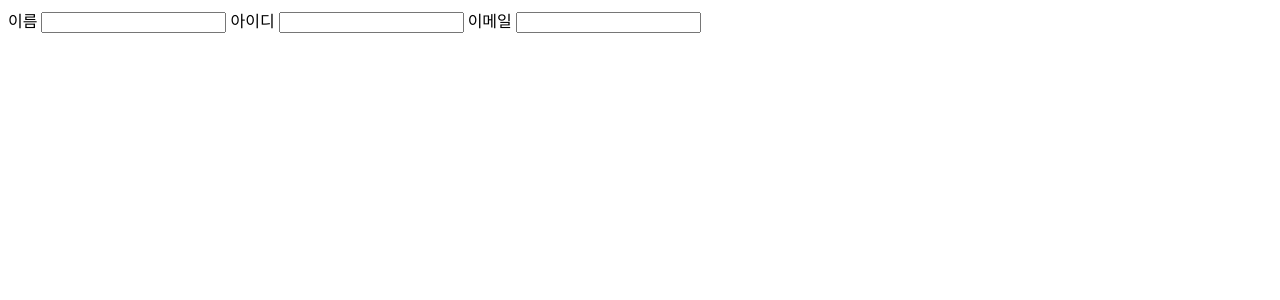
Repository: Minh137/java_works
Page: web07/src/main/webapp/form.html
These files come from the project's save history. The page is drawn as it stood at one moment and after the next save; the edit follows.
The browser window is 1280 px wide. The pictures show the whole page.

Above is the page before, as saved 2024-08-27 04:07:01.

After the next save:
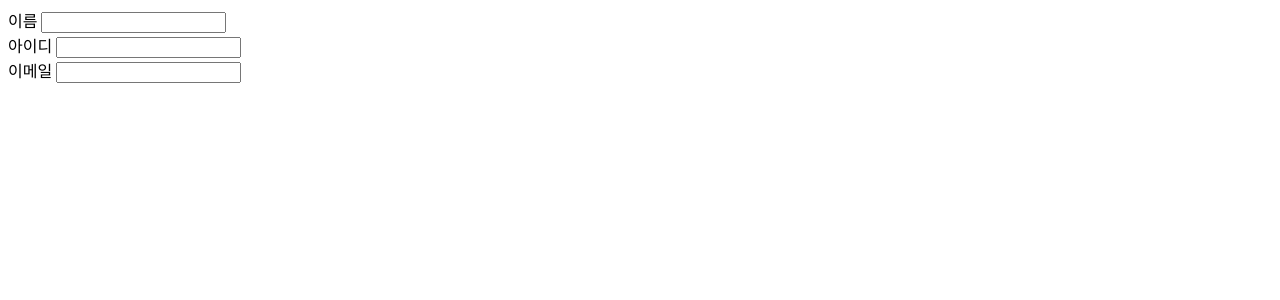
Saved 22 s later.
--- a/web07/src/main/webapp/form.html
+++ b/web07/src/main/webapp/form.html
@@ -7,10 +7,10 @@
 <body>
 	<form action="form.jsp">
 		<label>이름</label>
-		<input type="text" name="name" id="name"/>
+		<input type="text" name="name" id="name"/><br>
 
 		<label>아이디</label>
-		<input type="text" name="id" id="id"/>
+		<input type="text" name="id" id="id"/><br>
 
 		<label>이메일</label>
 		<input type="text" name="email" id="email"/>
